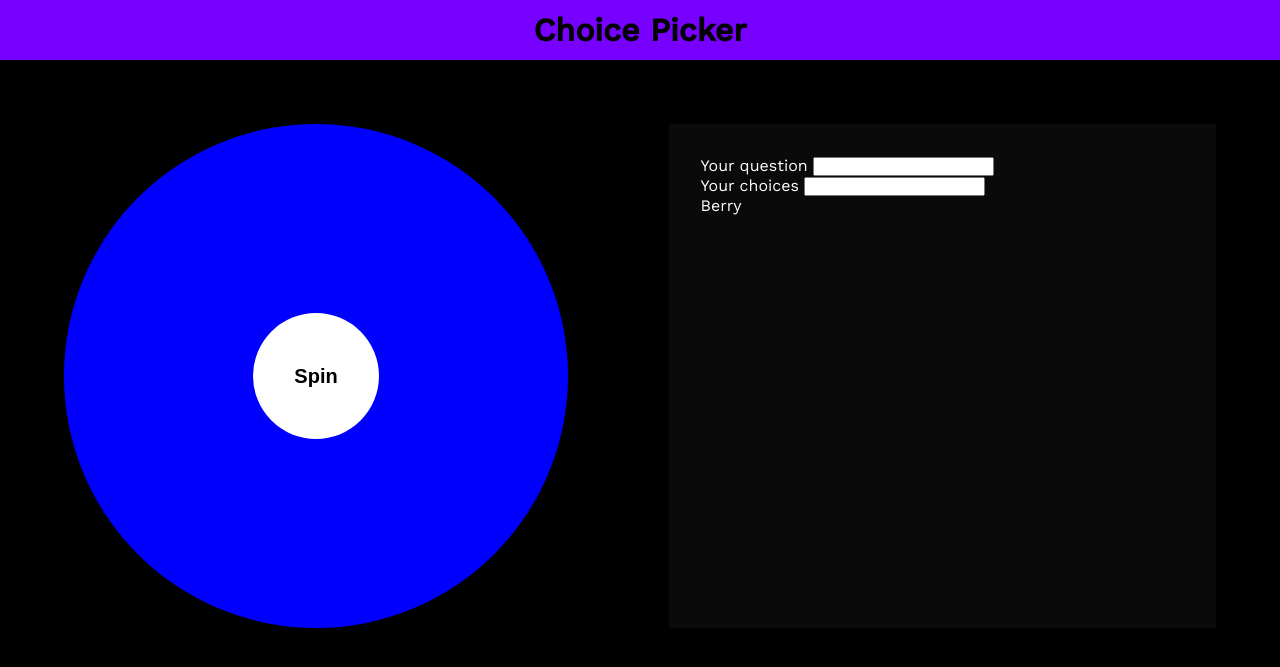
Repository: emiliaiwu/choice_wheel_spinner
Page: index.html
An editor plug-in stored every save of this project. The page is shown before and after a run of saves, followed by the edit.
The browser window is 1280 px wide. The pictures show the whole page.

Above is the page before, as saved 2023-01-09 23:59:28.

### index.html
<!DOCTYPE html>
<html lang="en">
<head>
    <meta charset="UTF-8">
    <meta http-equiv="X-UA-Compatible" content="IE=edge">
    <meta name="viewport" content="width=device-width, initial-scale=1.0">
    <link rel="stylesheet" href="style.css">
    <title>Choice Picker</title>
</head>
<body>
    <header>
        <h1>Choice Picker</h1>
    </header>
    <div class="container">
        <div class="choice_picker_container">
            <div class="choice_picker">
                <div class="circle">
                    <button class="spin">
                        <h2>Spin</h2>
                    </button>
                </div>
            </div>
            <div class="choice_details">
                <div class="question">
                    <label for="question">Your question</label>
                    <input type="text" name="question" id="question">
                </div>
                <div class="make_choices">
                    <label for="choices">Your choices</label>
                    <input type="text" name="choices" id="choices">
                </div>
                <div class="listed_choices">
                    <span class="choice">Berry</span>
                </div>
            </div>
        </div>
        <div class="picked_choice">

        </div>
    </div>
</body>
</html>

### style.css
@import url('https://fonts.googleapis.com/css2?family=Work+Sans:ital,wght@0,400;0,500;1,700&display=swap');

* {
    padding: 0;
    margin: 0;
    box-sizing: border-box;
}


body {
    background-color: #000000;
    font-family: 'Work Sans', sans-serif;
    max-width: 100vw;
    min-height: 100vh;
    color: #ffffff;

}

header {
    height: 60px;
    width: 100%;
    background-color:rgb(119, 0, 255);
    color: #000;

}

header,
.spin {
    display: flex;
    align-items: center;
    justify-content: center;

}

.container {
    padding: 5%;
}

.container,
.choice_picker {
    width: 100%;
    height: 100%;
}

.choice_picker_container {
    display: flex;
    align-items: flex-start;
    justify-content: space-between;
    gap: 2rem;
}

.circle {
    width: 70vmin;
    height: 70vmin;
    background-color: blue;
    border-radius: 50%;
    position: relative;
}

.spin {
    width: 25%;
    height: 25%;
    background-color: #FFFFFF;
    position: absolute;
    border-radius: 50%;
    top: 50%;
    left: 50%;
    transform: translate(-50%, -50%);
    outline: none;
    border: none;
}


.choice_details {
    padding: 2rem;
    height: 70vmin;
    width: 90%;
    background-color: #0a0a0a;

}

After the next 4 saves:
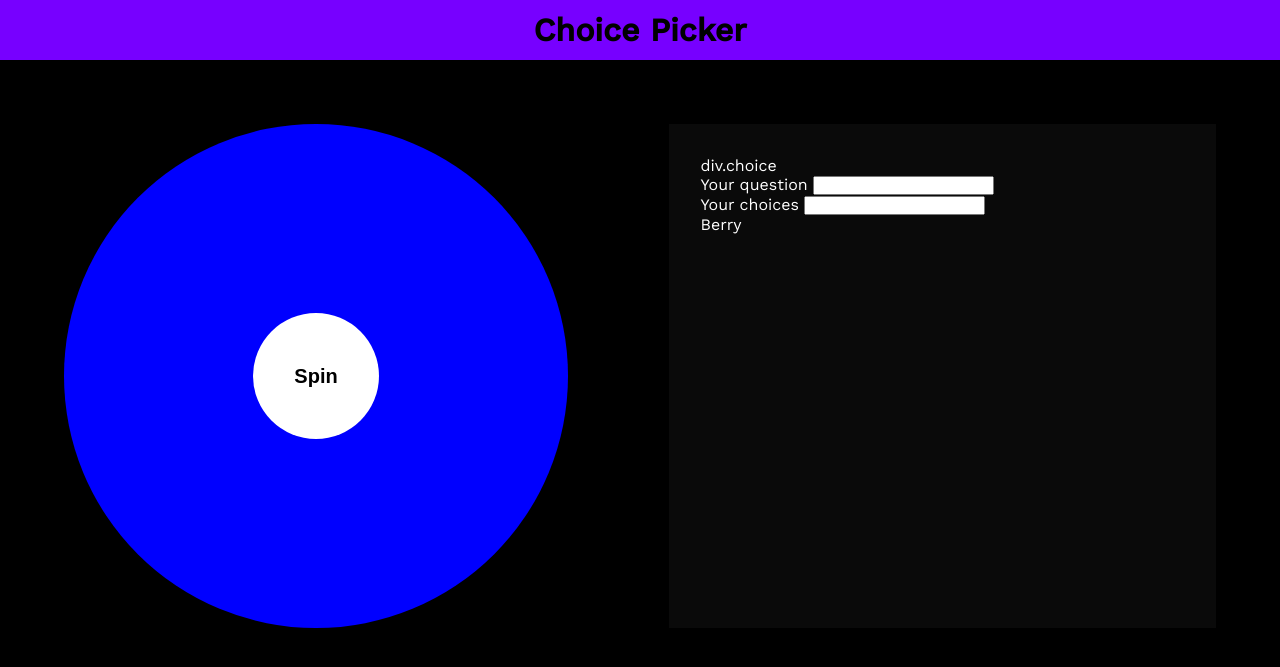
The 4 saves are shown as one change because they came seconds apart.
The last was saved 2 min 23 s later.
--- a/index.html
+++ b/index.html
@@ -21,6 +21,7 @@
                 </div>
             </div>
             <div class="choice_details">
+                div.choice
                 <div class="question">
                     <label for="question">Your question</label>
                     <input type="text" name="question" id="question">

After the 3 saves that followed:
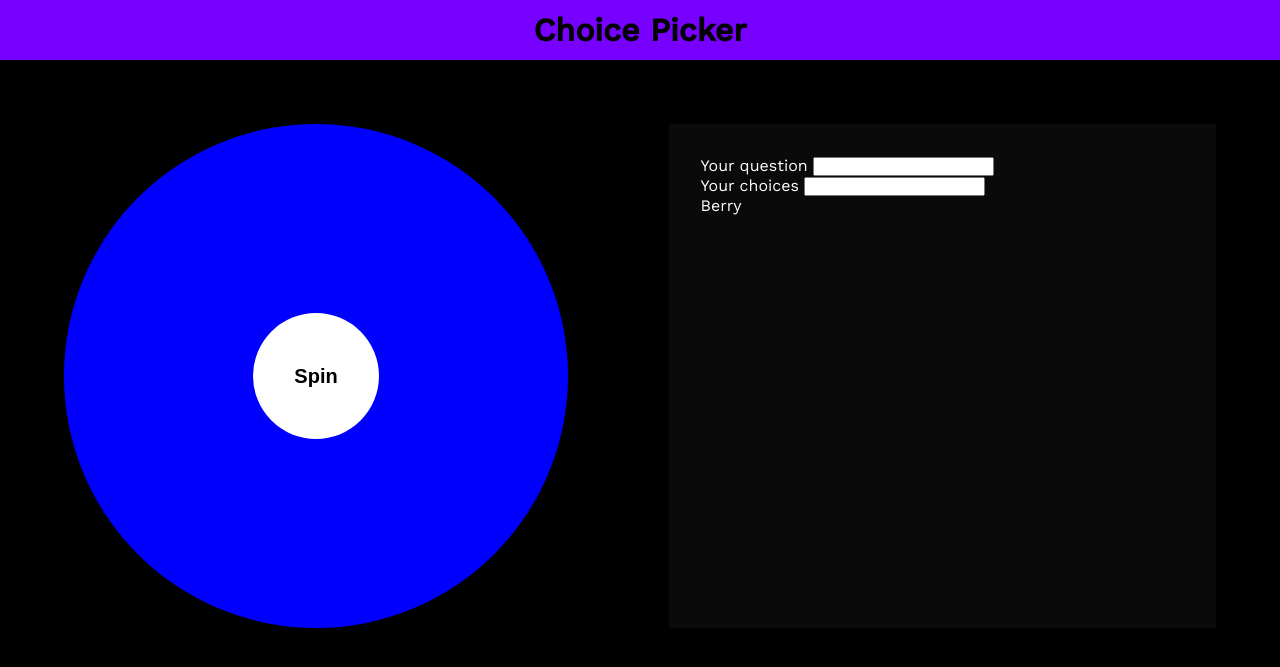
The 3 saves are shown as one change because they came seconds apart.
The last was saved 17 s later.
--- a/index.html
+++ b/index.html
@@ -21,7 +21,9 @@
                 </div>
             </div>
             <div class="choice_details">
-                div.choice
+                <div class="choice_style">
+
+                </div>
                 <div class="question">
                     <label for="question">Your question</label>
                     <input type="text" name="question" id="question">
